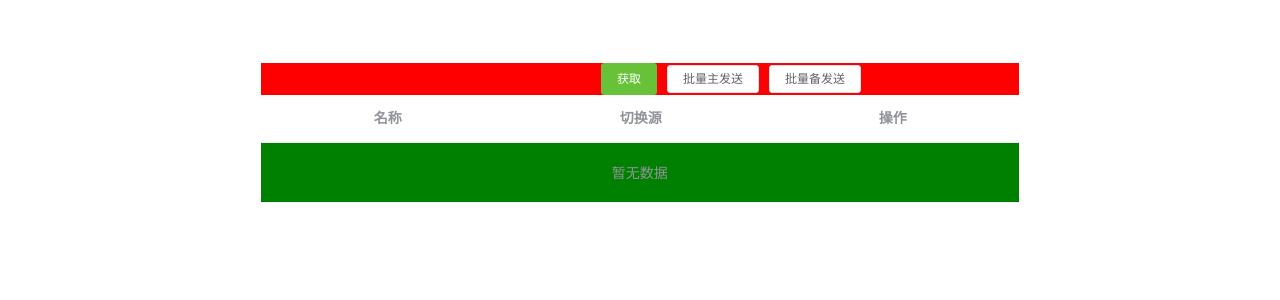
Repository: faintout/BHMQTTSendTool
Page: /
These files come from the project's save history. The page is drawn as it stood at one moment and after the next save; the edit follows.
The browser window is 1280 px wide. The pictures show the whole page.
The project was rebuilt for these pictures with package versions that can differ from the ones it lists, and the page was loaded fresh each time. Also part of the build but not shown: vue.config.js.

Above is the page before, as saved 2020-09-03 13:58:08.

After the next save:
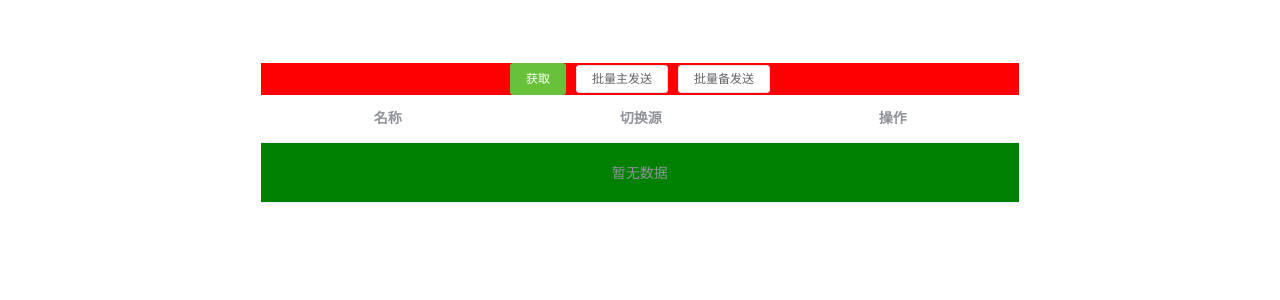
Saved 50 s later.
--- a/src/views/MqttSendTool.vue
+++ b/src/views/MqttSendTool.vue
@@ -2,7 +2,7 @@
     <div class="content">
         <title></title>
         <!-- 按钮模块 -->
-        <div style="position: relative;left: calc(50% - 13%);width: 50%;" class="content_title">
+        <div  class="content_title">
             <!-- <el-input style="display:inline-block;width:20%;right: 5%;" size="small" v-model="localIP"></el-input> -->
             <el-button type="success" size="small" @click="getAllMqttData">获取</el-button>
             <el-button size="mini" @click="batch(0)">批量主发送</el-button>
